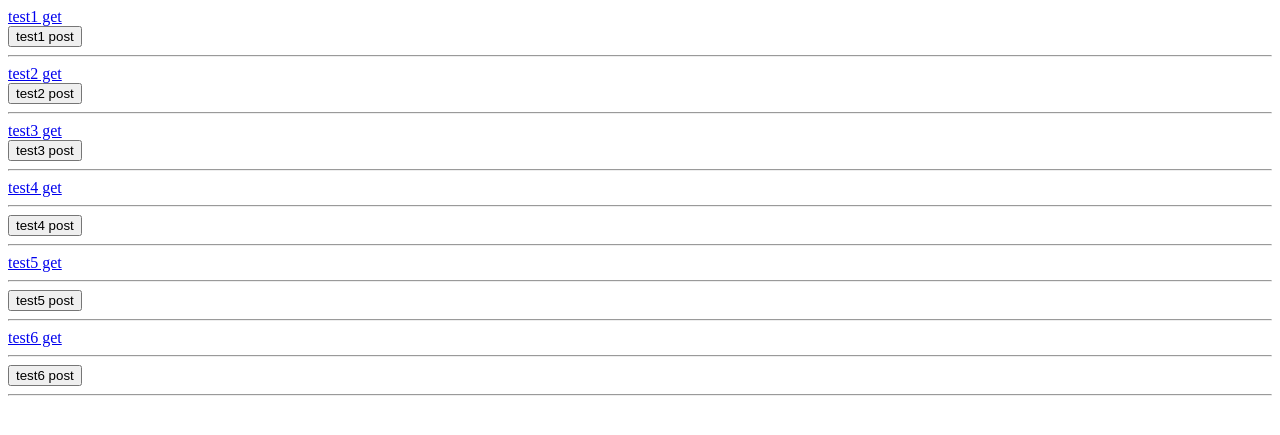
Repository: heojun0827/SpringMvc
Page: http://localhost/RequestMethod/WEB-INF/views/index.jsp
The author's editor kept a copy of each file at every save. The page is drawn from the files as they stood at one save, then again after a run of saves.
The browser window is 1280 px wide. The pictures show the whole page.
The page is served by Tomcat 9. Nobody is signed in. Other server files are loaded and not shown. The template is opened directly, without the code that normally fills it, so the values that code supplies are empty.

Above is the page before, as saved 2023-06-05 05:49:16.

### RequestMethod/WebContent/WEB-INF/views/index.jsp
<%@ page language="java" contentType="text/html; charset=UTF-8"
    pageEncoding="UTF-8"%>
<!DOCTYPE html>
<html>
<head>
<meta charset="UTF-8">
<title>Insert title here</title>
</head>
<body>
	<a href='test1'>test1 get</a><br>
	<form action='test1' method='post'>
		<button type='submit'>test1 post</button>
	</form><hr>

	<a href='test2'>test2 get</a><br>
		<form action='test2' method='post'>
		<button type='submit'>test2 post</button>
	</form><hr>

	<a href='test3'>test3 get</a><br>
		<form action='test3' method='post'>
		<button type='submit'>test3 post</button>
	</form><hr>

	<a href='test4'>test4 get</a><hr>
	<form action='test4' method='post'>
			<button type='submit'>test4 post</button>
		</form><hr>

	<a href='test5'>test5 get</a><hr>
	<form action='test5' method='post'>
			<button type='submit'>test5 post</button>
		</form><hr>

		<a href='test6'>test6 get</a><hr>
	<form action='test6' method='post'>
			<button type='submit'>test6 post</button>
		</form><hr>
</body>
</html>

After the next 3 saves:
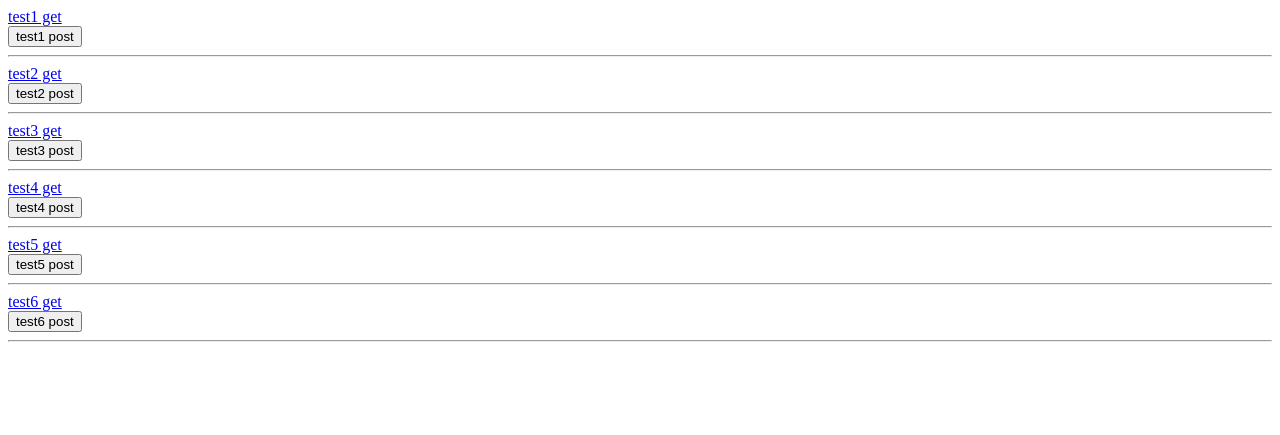
The 3 saves are shown as one change because they came seconds apart.
The last was saved 11 s later.
--- a/RequestMethod/WebContent/WEB-INF/views/index.jsp
+++ b/RequestMethod/WebContent/WEB-INF/views/index.jsp
@@ -22,17 +22,17 @@
 		<button type='submit'>test3 post</button>
 	</form><hr>
 
-	<a href='test4'>test4 get</a><hr>
+	<a href='test4'>test4 get</a><br>
 	<form action='test4' method='post'>
 			<button type='submit'>test4 post</button>
 		</form><hr>
 
-	<a href='test5'>test5 get</a><hr>
+	<a href='test5'>test5 get</a><br>
 	<form action='test5' method='post'>
 			<button type='submit'>test5 post</button>
 		</form><hr>
 
-		<a href='test6'>test6 get</a><hr>
+		<a href='test6'>test6 get</a><br>
 	<form action='test6' method='post'>
 			<button type='submit'>test6 post</button>
 		</form><hr>
